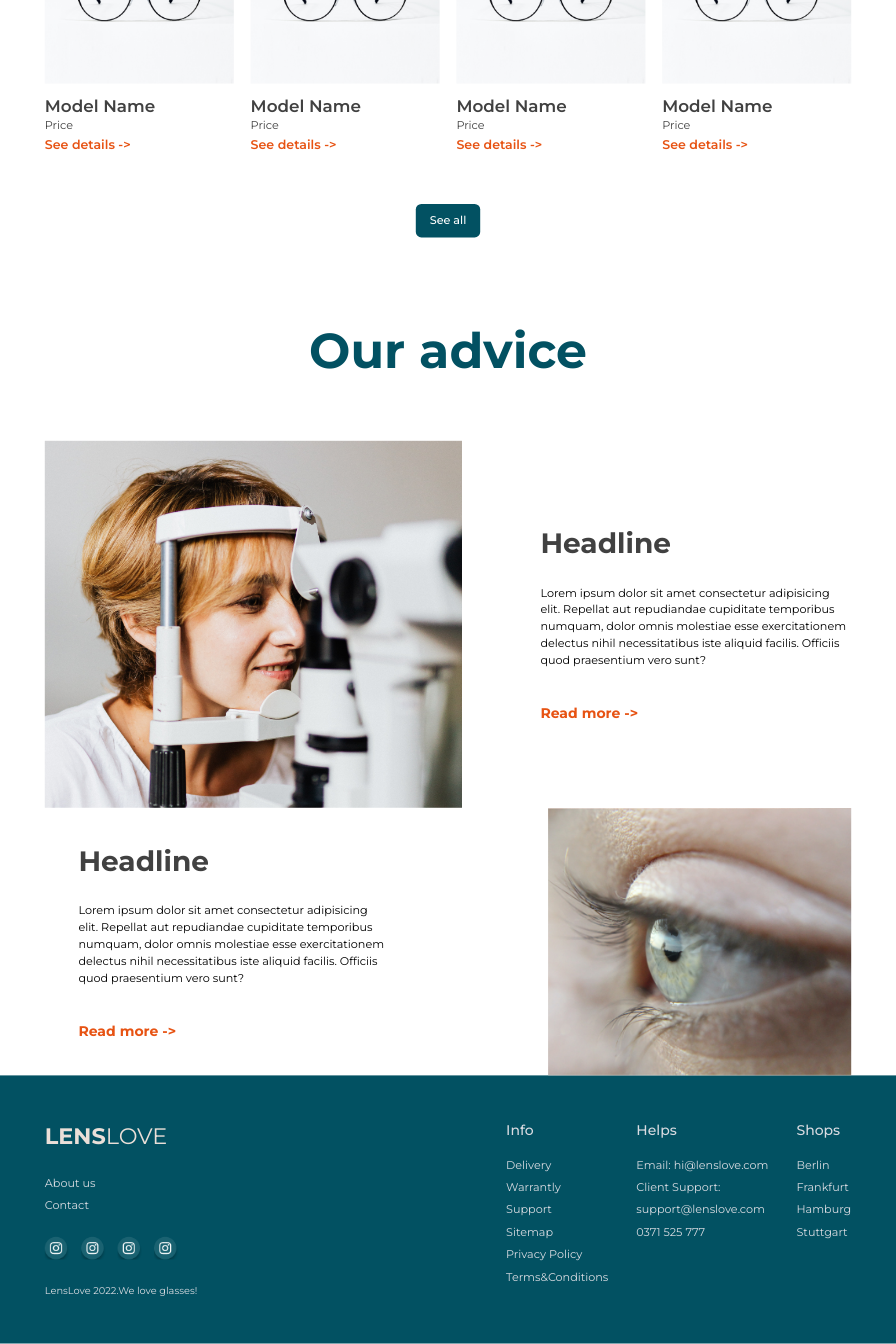
Repository: thienthanhvinh/glasses-react
Page: /
The author's editor kept a copy of each file at every save. The page is drawn from the files as they stood at one save, then again after the next save.
The browser window is 1280 px wide. The pictures show the part of the page from y = 3725 to 5645 px (the page is 5645 px tall), at 70% of full size.
The project was rebuilt for these pictures with package versions that can differ from the ones it lists, and the page was loaded fresh each time. Also part of the build but not shown: src/App.css, src/components/common/FormGroup.js, src/components/input/Input.js, src/components/label/Label.js, src/hooks/useDarkMode.js, src/layout/LayoutAuthentication.js, src/components/icons/IconEyeToggle.js, src/pages/SignInPage.js and 1 more.

Above is the page before, as saved 2023-02-13 10:34:43.

### public/index.html
<!DOCTYPE html>
<html lang="en">
  <head>
    <meta charset="utf-8" />
    <link rel="icon" href="%PUBLIC_URL%/favicon.ico" />
    <meta name="viewport" content="width=device-width, initial-scale=1" />
    <meta name="theme-color" content="#000000" />
    <meta
      name="description"
      content="Web site created using create-react-app"
    />
    <link rel="apple-touch-icon" href="%PUBLIC_URL%/logo192.png" />
    <!--
      manifest.json provides metadata used when your web app is installed on a
      user's mobile device or desktop. See https://developers.google.com/web/fundamentals/web-app-manifest/
    -->
    <link rel="manifest" href="%PUBLIC_URL%/manifest.json" />
    <!--
      Notice the use of %PUBLIC_URL% in the tags above.
      It will be replaced with the URL of the `public` folder during the build.
      Only files inside the `public` folder can be referenced from the HTML.

      Unlike "/favicon.ico" or "favicon.ico", "%PUBLIC_URL%/favicon.ico" will
      work correctly both with client-side routing and a non-root public URL.
      Learn how to configure a non-root public URL by running `npm run build`.
    -->
    <link href="https://fonts.googleapis.com/css2?family=Montserrat:wght@300;400;500;600;700&display=swap" rel="stylesheet">
    <title>React App</title>
  </head>
  <body>
    <noscript>You need to enable JavaScript to run this app.</noscript>
    <div id="root"></div>
    <!--
      This HTML file is a template.
      If you open it directly in the browser, you will see an empty page.

      You can add webfonts, meta tags, or analytics to this file.
      The build step will place the bundled scripts into the <body> tag.

      To begin the development, run `npm start` or `yarn start`.
      To create a production bundle, use `npm run build` or `yarn build`.
    -->
  </body>
</html>

### src/index.js
import React from 'react';
import ReactDOM from 'react-dom/client';
import './index.css';
import App from './App';
import reportWebVitals from './reportWebVitals';
import { BrowserRouter } from 'react-router-dom';
import { ToastContainer, toast } from 'react-toastify';
import 'react-toastify/dist/ReactToastify.css';

const root = ReactDOM.createRoot(document.getElementById('root'));
root.render(
  // <React.StrictMode>
  <BrowserRouter>
    <App />
    <ToastContainer></ToastContainer>
  </BrowserRouter>
  // </React.StrictMode>
);

// If you want to start measuring performance in your app, pass a function
// to log results (for example: reportWebVitals(console.log))
// or send to an analytics endpoint. Learn more: https://bit.ly/CRA-vitals
reportWebVitals();

### src/index.css
/* body {
  margin: 0;
  font-family: -apple-system, BlinkMacSystemFont, 'Segoe UI', 'Roboto', 'Oxygen',
    'Ubuntu', 'Cantarell', 'Fira Sans', 'Droid Sans', 'Helvetica Neue',
    sans-serif;
  -webkit-font-smoothing: antialiased;
  -moz-osx-font-smoothing: grayscale;
}

code {
  font-family: source-code-pro, Menlo, Monaco, Consolas, 'Courier New',
    monospace;
} */

@tailwind base;
@tailwind components;
@tailwind utilities;

body {
  font-family: 'Montserrat', sans-serif;
}
/* .darkmode-input:checked + div .darkmode-spinner {
  transform: translateX(33px);
} */
.active-light {
  transform: translateX(0px);
  transition: all 0.4s;
}
.active-dark {
  transform: translateX(33px);
  transition: all 0.4s;
}

/* .darkmode-input:checked + div {


} */

/* .darkmode-input:checked + div .darkmode-spinner {
  background-color: white;
} */

### src/App.js

import { Route, Routes } from 'react-router-dom';
import './App.css';
import HomePage from './pages/HomePage';
import SignInPage from './pages/SignInPage';
import SignUpPage from './pages/SignUpPage';

function App() {
  return (
    <Routes>
      <Route path='/sign-up' element={<SignUpPage></SignUpPage>}></Route>
      <Route path='/sign-in' element={<SignInPage></SignInPage>}></Route>
      <Route path='/' element={<HomePage></HomePage>}></Route>
    </Routes>
  );
}

export default App;

### src/pages/HomePage.js
import React, { Fragment } from "react";
import Category from "../components/category/Category";
import Heading from "../components/common/Heading";
import Intro from "../components/intro/Intro";
import SpringSales from "../components/sales/SpringSales";
import LayoutMenu from "../layout/LayoutMenu";
import GlassesGrid from "../modules/GlassesGrid";
import GlassesItem from "../modules/GlassesItem";
import { v4 } from "uuid";
import Button from "../components/button/Button";
import HeadLine from "../modules/HeadLine";
import LayoutFooter from "../layout/LayoutFooter";

const HomePage = () => {
  return (
    <Fragment>
      <LayoutMenu></LayoutMenu>
      <SpringSales></SpringSales>
      <Intro></Intro>
      <Category></Category>
      <Heading>Popular</Heading>
      <GlassesGrid>
        {Array(4)
          .fill(0)
          .map((item) => (
            <GlassesItem key={v4()}></GlassesItem>
          ))}
        {/* <GlassesItem></GlassesItem> */}
      </GlassesGrid>
      <div className="text-center mb-[140px]">
        <Button className="mt-[70px] px-5 py-2 rounded-[4px]">See all</Button>
      </div>
      <Heading>New</Heading>
      <GlassesGrid>
        {Array(4)
          .fill(0)
          .map((item) => (
            <GlassesItem key={v4()}></GlassesItem>
          ))}
      </GlassesGrid>
      <div className="text-center mb-[140px]">
        <Button className="mt-[70px] px-5 py-2 rounded-[4px]">See all</Button>
      </div>
      <Heading>Sunwear</Heading>
      <GlassesGrid>
        {Array(4)
          .fill(0)
          .map((item) => (
            <GlassesItem key={v4()}></GlassesItem>
          ))}
      </GlassesGrid>
      <div className="text-center mb-[112px]">
        <Button className="mt-[70px] px-5 py-2 rounded-[4px]">See all</Button>
      </div>
      <Heading className="mb-[80px]">Our advice</Heading>
      <HeadLine></HeadLine>
      <HeadLine type="secondary"></HeadLine>
      <LayoutFooter></LayoutFooter>
    </Fragment>
  );
};

export default HomePage;

### src/components/category/Category.js
import React from 'react';
import Button from '../button/Button';

const Category = () => {
    return (
        <div className='flex mb-[112px] mx-auto max-w-[1400px] w-full gap-x-2'>
            <div className='h-[596px] relative'>
                <img src="/category1.png" alt="" className='w-full h-full object-cover' />
                <div className='absolute bottom-24 left-14'>
                    <p className='font-extrabold text-[40px] leading-[98px] text-white'>Optical</p>
                    <Button className='bg-secondary text-primary rounded-[4px] px-6 py-2 font-bold text-lg leading-[30px]'>Buy</Button>
                </div>
            </div>
            <div className='h-[596px] relative'>
                <img src="/category2.png" alt="" className='w-full h-full object-cover' />
                <div className='absolute bottom-24 left-14'>
                    <p className='font-extrabold text-[40px] leading-[98px] text-white'>Sunwear</p>
                    <Button className='bg-secondary text-primary rounded-[4px] px-6 py-2 font-bold text-lg leading-[30px]'>Buy</Button>
                </div>
            </div>
        </div>
    );
};

export default Category;

### src/components/common/Heading.js
import React from 'react';

const Heading = ({children, className = ''}) => {
    return (
        <h2 className={`font-extrabold text-[70px] leading-[98px] text-center text-primary mb-[70px] ${className}`}>
            {children}
        </h2>
    );
};
export default Heading;

### src/components/intro/Intro.js
import React from 'react';

const Intro = () => {
    return (
        <div className='flex items-center justify-center gap-x-[300px] mt-[64px] mb-[110px]'>
            <div className='flex flex-col items-center'>
                <img srcSet="/Icon1.png 2x" alt="" className='w-[80px] h-[80px] object-cover' />
                <p className='text-tertiary text-xl leading-[30px] font-bold'>Original products</p>
            </div>
            <div className='flex flex-col items-center'>
                <img srcSet="/Icon2.png 2x" alt="" className='w-[80px] h-[80px] object-cover' />
                <p className='text-tertiary text-xl leading-[30px] font-bold'>Original products</p>
            </div>
            <div className='flex flex-col items-center'>
                <img srcSet="/Icon3.png 2x" alt="" className='w-[80px] h-[80px] object-cover' />
                <p className='text-tertiary text-xl leading-[30px] font-bold'>Original products</p>
            </div>
        </div>
    );
};

export default Intro;

### src/components/sales/SpringSales.js
import React from 'react';
import Button from '../button/Button';

const SpringSales = () => {
    return (
        <div className='bg-secondary h-[700px] w-full flex items-center justify-between'>
            <div className='ml-[112px]'>
                <h2 className='text-primary text-[70px] font-extrabold leading-[98px]'>Spring Sale</h2>
                <p className='text-primary text-[50px] font-medium leading-[68px] mb-[48px]'>Up to -40%</p>
                <Button className='text-white bg-primary rounded-lg px-8 py-2 text-lg'>See offer</Button>
            </div>
            <div className='h-[700px]'>
                <img src="/photo1.png" alt="" className='w-full h-auto object-cover' />
            </div>
        </div>
    );
};

export default SpringSales;

### src/layout/LayoutMenu.js
import React from "react";
import { Link } from "react-router-dom";
import Navbar from "../components/navbar/Navbar";

const LayoutMenu = () => {
  return (
    <div className="py-10 px-16">
      <div className="flex items-center justify-between mb-14">
        <img src="/logo.png" alt="" className="w-[140px] h-auto object-cover" />
        <div className="flex gap-x-5 text-secondary-3 text-[15px] font-medium">
            <span>0371 525 777</span>
            <Link to="/">Help</Link>
            <Link to="/sign-in">Account</Link>
        </div>
      </div>
      <Navbar></Navbar>
    </div>
  );
};

export default LayoutMenu;

### src/modules/GlassesGrid.js
import React from 'react';

const GlassesGrid = ({children, className = ''}) => {
    return (
        <div className={`grid grid-cols-4 gap-x-6 px-16 ${className}`}>
            {children}
        </div>
    );
};

export default GlassesGrid;

### src/modules/GlassesItem.js
import React from "react";

const GlassesItem = () => {
  return (
    <div className="flex flex-col">
      <div className="h-[250px] mb-4">
        <img src="/glasses.png" alt="" className="w-full h-full object-cover" />
      </div>
      <p className="text-secondary-3 font-semibold text-2xl">Model Name</p>
      <p className="font-normal text-secondary-3">Price</p>
      <p className="font-semibold text-lg leading-[30px] text-tertiary">
        See details ->
      </p>
    </div>
  );
};

export default GlassesItem;

### src/components/button/Button.js
import React from 'react';

const Button = ({type, children, className=''}) => {
    return (
        <button type='submit' className={`bg-primary text-white ${className} rounded-lg px-3 py-3 font-medium`}>
            {children}
        </button>
    );
};

export default Button;

### src/modules/HeadLine.js
import React from "react";
import HeadlineImage from "./HeadlineImage";
import HeadlineContent from "./HeadlineContent";

const HeadLine = ({type = "default"}) => {
    if(type === "default") {
        return (
            <div className="w-full flex items-center gap-x-[112px] px-16">
              <HeadlineImage></HeadlineImage>
              <HeadlineContent></HeadlineContent>
            </div>
          );
    } else {
        return (
            <div className="w-full flex items-center gap-x-[227px] px-16">
              <HeadlineContent className="ml-[48px]"></HeadlineContent>
              <HeadlineImage src="headline2.png" className=""></HeadlineImage>
            </div>
          );
    }

};

export default HeadLine;

### src/layout/LayoutFooter.js
import React from "react";
import { Link } from "react-router-dom";

const LayoutFooter = () => {
  return (
    <div className="bg-primary flex justify-between px-16 py-16 text-gray-white">
      <div className="flex flex-col">
        <h2 className="text-secondary font-extrabold text-[32px] leading-[46px] mb-8">
          LENS<span className="font-normal">LOVE</span>
        </h2>
        <Link to="/about" className="mb-2">
          About us
        </Link>
        <Link to="contact" className="mb-8">
          Contact
        </Link>
        <div className="flex gap-x-4 mb-8">
          <span>
            <img src="/Instagram.png" alt="" />
          </span>
          <span>
            <img src="/Instagram.png" alt="" />
          </span>
          <span>
            <img src="/Instagram.png" alt="" />
          </span>
          <span>
            <img src="/Instagram.png" alt="" />
          </span>
        </div>
        <p className="text-[14px] leading-[24px]">
          LensLove 2022.We love glasses!
        </p>
      </div>
      <div className="flex gap-x-10">
        <div>
          <h3 className="font-medium text-xl mb-6">Info</h3>
          <div className="flex flex-col gap-y-2">
            <p>Delivery</p>
            <p>Warrantly</p>
            <p>Support</p>
            <p>Sitemap</p>
            <p>Privacy Policy</p>
            <p>Terms&Conditions</p>
          </div>
        </div>
        <div>
          <h3 className="font-medium text-xl mb-6">Helps</h3>
          <div className="flex flex-col gap-y-2">
            <p>Email: hi@lenslove.com</p>
            <p>Client Support:</p>
            <p>support@lenslove.com</p>
            <p>0371 525 777</p>
          </div>
        </div>
        <div>
          <h3 className="font-medium text-xl mb-6">Shops</h3>
          <div className="flex flex-col gap-y-2">
            <p>Berlin</p>
            <p>Frankfurt</p>
            <p>Hamburg</p>
            <p>Stuttgart</p>
          </div>
        </div>
      </div>
    </div>
  );
};

export default LayoutFooter;

### src/components/navbar/Navbar.js
import React from "react";
import { Link } from "react-router-dom";

const Navbar = () => {
  return (
    <div className="flex">
      <ul className="flex text-sm font-semibold gap-x-8">
        <li>
          <Link to="/">Shops</Link>
        </li>
        <li>
          <Link to="/">Offers</Link>
        </li>
        <li>
          <Link to="/">Warranty</Link>
        </li>
        <li>
          <Link to="/">Medical</Link>
        </li>
        <li>
          <Link to="/">Info</Link>
        </li>
        <li>
          <Link to="/">Blog</Link>
        </li>
        <li>
          <Link to="/">About us</Link>
        </li>
        <li>
          <Link to="/">Contact</Link>
        </li>
      </ul>
      <div className="ml-auto flex items-center gap-x-8">
        <div className="flex gap-x-[6px] items-center">
          <svg
            width={18}
            height={17}
            viewBox="0 0 18 17"
            fill="none"
            xmlns="http://www.w3.org/2000/svg"
          >
            <path
              d="M17.153 15.747L12.8535 11.5161C13.9794 10.2929 14.6712 8.67509 14.6712 6.89489C14.6707 3.0867 11.534 0 7.66437 0C3.79477 0 0.658081 3.0867 0.658081 6.89489C0.658081 10.7031 3.79477 13.7898 7.66437 13.7898C9.3363 13.7898 10.8698 13.2115 12.0743 12.2501L16.3905 16.4976C16.6008 16.7047 16.9422 16.7047 17.1525 16.4976C17.3633 16.2904 17.3633 15.9541 17.153 15.747ZM7.66437 12.729C4.39027 12.729 1.7361 10.117 1.7361 6.89489C1.7361 3.67281 4.39027 1.06082 7.66437 1.06082C10.9385 1.06082 13.5926 3.67281 13.5926 6.89489C13.5926 10.117 10.9385 12.729 7.66437 12.729Z"
              fill="#414141"
            />
          </svg>
          <span className="text-sm font-semibold">Search</span>
        </div>
        <span>
          <svg
            width="19"
            height="17"
            viewBox="0 0 19 17"
            fill="none"
            xmlns="http://www.w3.org/2000/svg"
          >
            <path
              d="M2.14414 8.80841C0.111678 6.47788 0.614575 3.72661 2.23686 2.03652C3.85628 0.349414 6.5587 -0.245866 8.98238 1.79479L8.98243 1.79483C9.37299 2.12358 9.93842 2.1081 10.3148 1.781L10.3148 1.78097C12.5442 -0.15713 15.2905 0.329246 16.9821 1.956C17.8273 2.76872 18.3905 3.85299 18.4856 5.03784C18.5799 6.21232 18.2175 7.5254 17.1436 8.81679L10.2601 16.0112C9.92623 16.3602 9.36908 16.3602 9.03526 16.0113L2.14414 8.80841Z"
              stroke="#414141"
            />
          </svg>
        </span>
        <span>
          <svg
            width="17"
            height="18"
            viewBox="0 0 17 18"
            fill="none"
            xmlns="http://www.w3.org/2000/svg"
          >
            <path
              d="M0.672966 15.0244L1.47201 5.03632H10.653L11.452 15.0244C11.5228 15.9093 10.8238 16.6665 9.93602 16.6665H2.18895C1.30121 16.6665 0.602173 15.9093 0.672966 15.0244Z"
              stroke="#414141"
              stroke-linecap="round"
              stroke-linejoin="round"
            />
            <path
              d="M3.58252 7.56769V3.52604C3.58252 2.68402 4.08773 1 6.10856 1C8.12938 1 8.63459 2.68402 8.63459 3.52604V7.56769"
              stroke="#414141"
              stroke-linecap="round"
              stroke-linejoin="round"
            />
            <rect x="6" y="9" width="11" height="8" rx="4" fill="#414141" />
            <path
              d="M11.8424 15.084C11.5568 15.084 11.3048 15.0233 11.0864 14.902C10.868 14.7788 10.6972 14.608 10.574 14.3896C10.4527 14.1712 10.392 13.9192 10.392 13.6336V12.3344C10.392 12.0488 10.4527 11.7968 10.574 11.5784C10.6972 11.36 10.868 11.1901 11.0864 11.0688C11.3048 10.9456 11.5568 10.884 11.8424 10.884C12.128 10.884 12.3791 10.9456 12.5956 11.0688C12.814 11.1901 12.9848 11.36 13.108 11.5784C13.2312 11.7968 13.2928 12.0488 13.2928 12.3344V13.6336C13.2928 13.9192 13.2312 14.1712 13.108 14.3896C12.9848 14.608 12.814 14.7788 12.5956 14.902C12.3791 15.0233 12.128 15.084 11.8424 15.084ZM11.8424 14.4428C11.9843 14.4428 12.1131 14.4092 12.2288 14.342C12.3445 14.2729 12.436 14.1815 12.5032 14.0676C12.5704 13.9519 12.604 13.8231 12.604 13.6812V12.284C12.604 12.1403 12.5704 12.0115 12.5032 11.8976C12.436 11.7819 12.3445 11.6904 12.2288 11.6232C12.1131 11.5541 11.9843 11.5196 11.8424 11.5196C11.7005 11.5196 11.5717 11.5541 11.456 11.6232C11.3403 11.6904 11.2488 11.7819 11.1816 11.8976C11.1144 12.0115 11.0808 12.1403 11.0808 12.284V13.6812C11.0808 13.8231 11.1144 13.9519 11.1816 14.0676C11.2488 14.1815 11.3403 14.2729 11.456 14.342C11.5717 14.4092 11.7005 14.4428 11.8424 14.4428Z"
              fill="white"
            />
          </svg>
        </span>
      </div>
    </div>
  );
};

export default Navbar;

### src/modules/HeadlineImage.js
import React from 'react';

const HeadlineImage = ({className= '', src = "/headline1.png"}) => {
    return (
        <div className={className}>
             <img src={src} alt="" />
        </div>
    );
};

export default HeadlineImage;

### src/modules/HeadlineContent.js
import React from "react";

const HeadlineContent = ({className = ''}) => {
  return (
    <div className={className}>
      <h2 className="text-secondary-3 font-extrabold text-[40px] leading-[54px] mb-8">
        Headline
      </h2>
      <p className="w-[444px] mb-[48px]">
        Lorem ipsum dolor sit amet consectetur adipisicing elit. Repellat aut
        repudiandae cupiditate temporibus numquam, dolor omnis molestiae esse
        exercitationem delectus nihil necessitatibus iste aliquid facilis.
        Officiis quod praesentium vero sunt?
      </p>
      <p className="text-tertiary text-xl font-bold leading-[30px]">
        Read more ->
      </p>
    </div>
  );
};

export default HeadlineContent;

### tailwind.config.js
/** @type {import('tailwindcss').Config} */
module.exports = {
  content: [
    "./src/**/*.{js,jsx,ts,tsx}",
  ],
  darkMode: 'class',
  theme: {
    extend: {
      colors: {
        'color-1': "#808191",
        'color-2': "#2d3436",
        'primary' : '#025162',
        'secondary': '#EADFD8',
        'secondary-3': '#414141',
        'tertiary' : '#E75313',
        'lens': '#D4E1F4',
        'gray-white': '#D9DBE1',
        'dark-text-primary': '#dfe6e9',
        'dark-color' : '#4e4f50',
        'dark-secon-color': '#2d3436',
        'dark-third-color': '#3a3a3a',
        'dark-four-color' : '#242526',
        'dark-five-color' : '#3A3A3A',

      }
    },
  },
  plugins: [],
}

Loaded but not shown: src/reportWebVitals.js (common file)

After the next save:
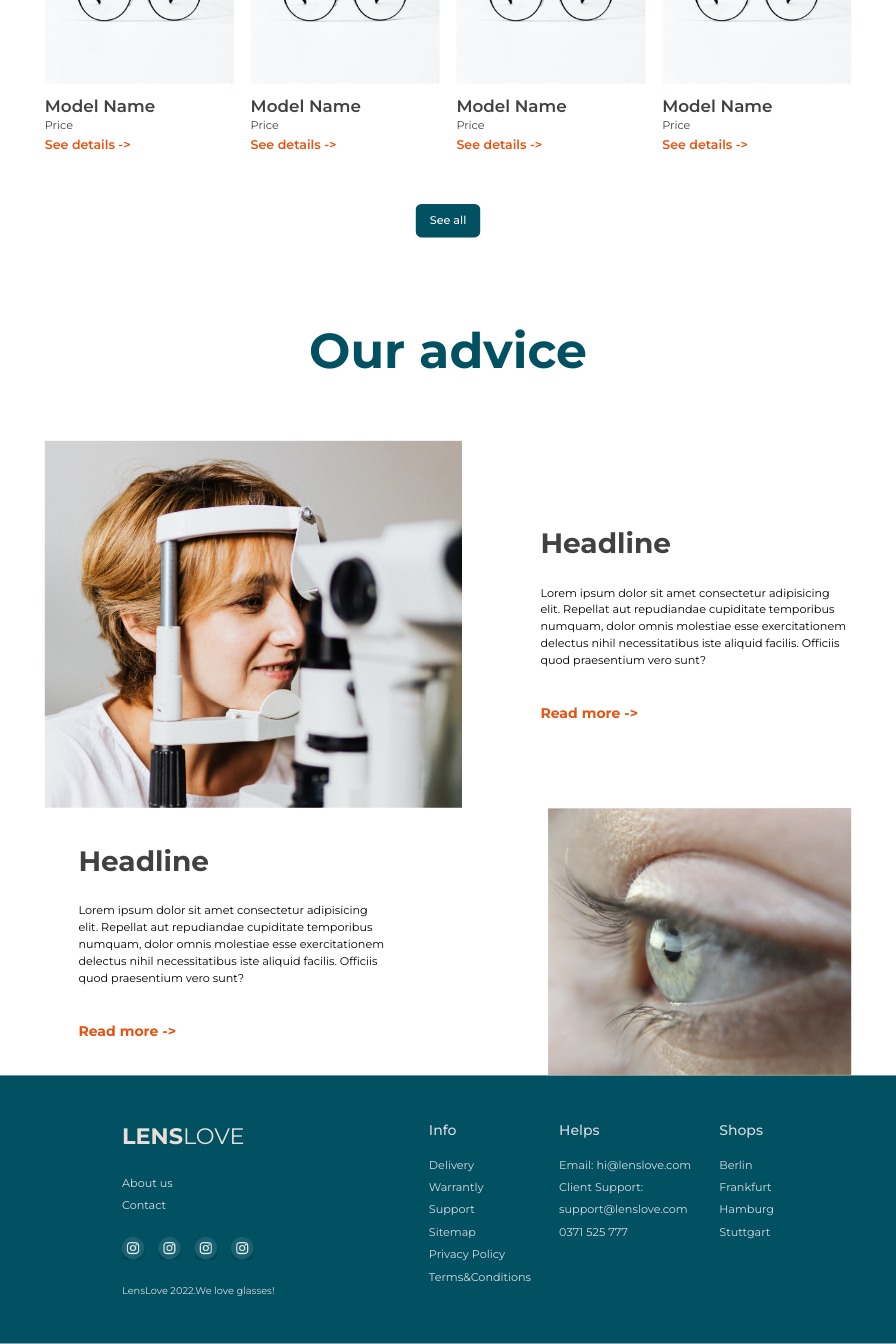
Saved 1 s later.
--- a/src/layout/LayoutFooter.js
+++ b/src/layout/LayoutFooter.js
@@ -3,7 +3,7 @@ import { Link } from "react-router-dom";
 
 const LayoutFooter = () => {
   return (
-    <div className="bg-primary flex justify-between px-16 py-16 text-gray-white">
+    <div className="bg-primary flex justify-around px-16 py-16 text-gray-white">
       <div className="flex flex-col">
         <h2 className="text-secondary font-extrabold text-[32px] leading-[46px] mb-8">
           LENS<span className="font-normal">LOVE</span>
